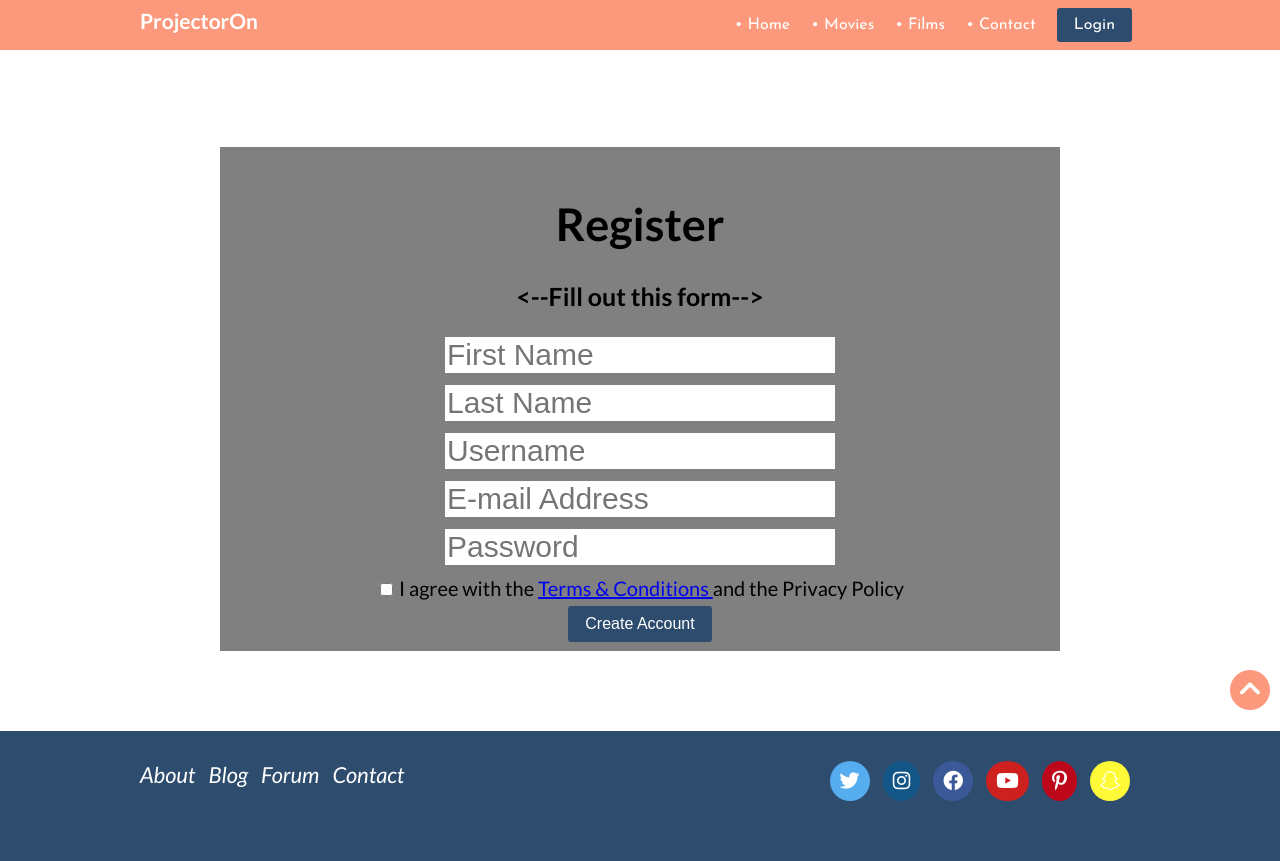
Repository: albayrakfatih/ProjectorOn_WebMovieApp
Page: register.html
These files come from the project's save history. The page is drawn as it stood at one moment and after the next save; the edit follows.
The browser window is 1280 px wide. The pictures show the whole page.
Some web libraries are served in a nearby version.

Above is the page before, as saved 2023-04-30 02:09:26.

### register.html
<!DOCTYPE html>
<html lang="en">
<head>
    <meta charset="UTF-8">
    <meta http-equiv="X-UA-Compatible" content="IE=edge">
    <meta name="viewport" content="width=device-width, initial-scale=1.0">
    <title>Movie App</title>
    <!-- <link rel="stylesheet" href="https://cdnjs.cloudflare.com/ajax/libs/font-awesome/6.3.0/css/all.min.css" integrity="sha512-SzlrxWUlpfuzQ+pcUCosxcglQRNAq/DZjVsC0lE40xsADsfeQoEypE+enwcOiGjk/bSuGGKHEyjSoQ1zVisanQ==" crossorigin="anonymous" referrerpolicy="no-referrer" /> -->
    <!-- <link rel="preconnect" href="https://fonts.googleapis.com">
    <link rel="preconnect" href="https://fonts.gstatic.com" crossorigin>
    <link href="https://fonts.googleapis.com/css2?family=Josefin+Sans:wght@400;700&family=Lato:ital,wght@0,400;0,700;1,400;1,700&display=swap" rel="stylesheet"> -->
    <!-- <link rel="stylesheet" href="css/buttons.css"> -->
    <link rel="stylesheet" href="css/styles.css">


</head>
<body id="body">

    <header class="main-header">
        <div class="container">
            <a href="#" class="main-header__logo">ProjectorOn</a>
            <nav class="main-nav">
                <ul class="main-nav__items">
                    <li class="main-nav__item">
                        <a href="#">Home</a>
                    </li>
                    <li class="main-nav__item">
                        <a href="#">Movies</a>
                    </li>
                    <li class="main-nav__item">
                        <a href="#">Films</a>
                    </li>
                    <li class="main-nav__item">
                        <a href="#">Contact</a>
                    </li>
                    <li class="main-nav__item main-nav__item--login">
                        <a class="btn btn-secondary" href="#">Login</a>
                    </li>
                </ul>
            </nav>
        </div>
    </header>

   <main class="signup-page">
    <div class="container">
        <div class="row">
            <div class="register-card-container">
                <div class="register-card">
                    <h1>Register</h1>
                    <h3> <--Fill out this form--> </h2>
                    <form action="" class="signup-form">
                        <input type="text" id="firstname" placeholder="First Name"><br>
                        <input type="text" id="lastname" placeholder="Last Name"><br>
                        <input type="text" id="username" placeholder="Username"><br>
                        <input type="email" id="email" placeholder="E-mail Address"><br>
                        <input type="password" id="password" placeholder="Password"><br>
                        <input type="checkbox" id="agree-terms">
                        <label for="agree-terms">I agree with the <a href="#">Terms &amp; Conditions </a> and the Privacy Policy </label><br>
                        <button type="submit" class="btn btn-secondary">Create Account</button>
                    </form>
                </div>
            </div>
        </div>
    </div>
   </main>

    <footer>
        <div class="container">
            <div class="row">
                <div class="col-2">
                    <ul id="footer-links">
                        <li><a href="">About</a></li>
                        <li><a href="">Blog</a></li>
                        <li><a href="">Forum</a></li>
                        <li><a href="">Contact</a></li>
                    </ul>
                </div>
                <div class="col-2">
                    <ul id="social-links">
                        <li><a href="" class="fab fa-twitter"></a></li>
                        <li><a href="" class="fab fa-instagram"></a></li>
                        <li><a href="" class="fab fa-facebook"></a></li>
                        <li><a href="" class="fab fa-youtube"></a></li>
                        <li><a href="" class="fab fa-pinterest-p"></a></li>
                        <li><a href="" class="fab fa-snapchat"></a></li>
                    </ul>
                </div>
            </div>
        </div>
    </footer>

    <a href="#body" id="backtotop">
        <i class="fas fa-chevron-circle-up"></i>
    </a>

</body>
</html>

### css/styles.css
@import url("https://cdnjs.cloudflare.com/ajax/libs/font-awesome/6.3.0/css/all.min.css");
@import url('https://fonts.googleapis.com/css2?family=Josefin+Sans:wght@400;700&family=Lato:ital,wght@0,400;0,700;1,400;1,700&display=swap');
@import url("buttons.css");



html {
    scroll-behavior: smooth;
}

*{
    box-sizing: border-box;
}
body{
    margin: 0px;
    font-family: 'Lato', sans-serif;
}
main{
    margin-top: 47px;
}
#showcase{
     background: /*linear-gradient(to bottom, rgba(252, 153, 124,0.1),rgb(250, 81, 30,0.3)),  */
    url('../img/projector1.jpg');
    background-position: center left;
    background-repeat: no-repeat;
    background-size: cover;
    background-attachment: fixed;
    border-top: 3px solid #fff;
    /*border: 4px solid white;*/
    height: 100vh;
    width: 100%;
    color: aliceblue;
    position: relative;
}
#showcase .content {
    position: absolute;
    font-size: 25px;
    margin: 0;
    top: 50%;
    left: 50%;
    transform: translate(-50%,-50%);
    width: 60%;
    background-color: rgba(46,76,109,0.3);
    color: #fff;
    padding: 20px;
    border-radius: 10px;
}


#how-it-works{
    background-color: #fff;
    padding: 10px;
    text-align: center;/*text-align kalıtım yolu ile aktarılabiliyor. bu yüzden tüm how-it-works section öğelerine center dedim.*/
}

.main-header{
    background-color: #FC997C;
    padding: 8px 16px;
    position: fixed;
    top: 0;
    z-index: 1;
    width: 100%;
}
.main-nav{
    display: inline-block;
    width: calc(100% - 121px);
    text-align: right;
    font-family: 'Josefin Sans', sans-serif;
}
.main-nav__items{
    list-style: none;
    margin: 0px;
    padding: 0px;
}
.main-nav__item{
    display: inline-block;
    margin: 0 8px;
}

.main-header__logo{
    color: #fff;
    text-decoration: none;
    font-weight: bold;
    font-size: 21px;
}

.main-nav__item a{
    text-decoration: none;
    color: #fff;
}
.main-nav__item a:hover{
    color:#160140;
}
.main-nav__item a:active{
    color: #fff;
}
.main-nav__item::before{
    content: '\2022';
    color: #fff;
}
.main-nav__item:hover::before{
    color: #160140;
}
.main-nav__item:active::before{
    color: #fff;
}
/* .main-nav__item--login a{
     color:#fff;
    background-color: #160140;
    border: 2px solid #fff;
    padding: 4px 16px;
    border-radius: 6px;
    font-weight: bold;
} */
/* .main-nav__item--login a:hover{
    border-color: #160140;
    color: #160140;
    background-color: #fff;
} */
.main-nav__item--login::before{
    content: none;
}

.row{
    margin-bottom: 30px;
    /* margin-top: 20px; */
}
/* .col-2{
    display: inline-block;
    width: calc(50% - 2px);
    height:350px;
    background-color: tomato;
    vertical-align:top;
}
.col-3{
    display: inline-block;
    width: 30%;
    padding: 16px;
    margin: 8px;
} */
.col-2 {
    float: left;
    width: 50%;
}
.col-3 {
    float: left;
    width: 33.3%;
}
.col-4 {
    float: left;
    width: 25%;
}

.icon-box h3{
    font-size: 25px;
    color: #3e4555;
}
.icon-box i{
    color: #FC997C;
}

.features-left{
    background-image: url("../img/titanic.jpg");
    background-position: center top;
    background-size: cover;
}
.features-right{
    background-color: #edf5f7;
    padding: 40px 20px;
}
.features-right h2{
    font-size: 30px;
}
.features-left,
.features-right {
    height: 350px;
}


.btn-view-features{
    background-color: #FC997C;
    color: #fff;
    padding: 7px 15px;
    border: 1px solid #FC997C;
    text-decoration: none;
    font-size: 14px;
    font-family: 'Josefin Sans', sans-serif;
    border-radius: 3px;
    display: inline-block;
    margin-top: 15px;
}
.btn-view-features:hover{
    color: #FC997C;
    background-color: #fff;
}
.section-title{
    text-align: center;
    margin-bottom: 40px;
    font-weight:700;
    font-size: 30px;
    color: #3e4555;
}
.plan{
    text-align: center;
    padding: 10px;
}

.plan__badge{
    background-color: orange;
    color: red;
    padding: 8px;
    border-radius: 5px;
}

.plan--featured {
    position: relative;
    top: -30px;
}

.recommended_plan{
    color: #ffffff;
    background-color: mediumblue!important;

}

 /* .clearfix{
    content: "";    .clearfix yerine .row sınıfını kullandık
    display: block;
    clear: both;
}  */
.row::after{
    content: "";
    display: block;
    clear: both;
}

.container{
    margin: 0 auto;
    width: 1000px;
}

.inner-plan{
    background-color:#edf5f7;
    padding: 25px 15px;
    border-radius: 5px;
    box-shadow:  0px 5px 15px rgba(0, 0, 0, 0.35);
    transition: box-shadow .8s;
}
.inner-plan:hover{
    box-shadow: 0px 5px 15px rgba(0, 0, 0, 0.7);
}


#backtotop {
    position: fixed;
    bottom: 10px;
    right: 10px;
}
#backtotop i {
    font-size: 40px;
    background-color:transparent;
    color: #fc997C;
    transition: color .6s;
}
#backtotop i:hover {
    color: #fb7850;
}

.counter {
    background: linear-gradient(to bottom, #FC997C 0%, #FC8b69 100%);
    text-align: center;
    padding:50px;
}
.counter h4 {
    margin-top: 0;
    color: #fff;
}
.counter__item{
    font-weight: 700;
    font-size: 25px;
    color: #fff;
}

/*----------movies--------------*/

.card-container {
    padding: 10px;
}
.card {
     /* width: 20vw;  veya 300px;  */
    background-color: #fff;
    box-shadow: rgba(14, 30, 37, 0.12) 0px 2px 4px 0px, rgba(14, 30, 37, 0.32) 0px 2px 16px 0px;
    cursor: pointer;
    border-radius: 5px;
    /* height: 90vh;  */
    position: relative;
    top: 0;
    transition: all .5s;
}
.card:hover {
    top: -10px;
    box-shadow: rgba(14, 30, 37, 0.9) 0px 2px 4px 0px, rgba(14, 30, 37, 0.9) 0px 2px 16px 0px;
}
.card-title {
    text-align: center;
}
.card-image {
    width:100%;
    /*height:45vh;*/
    max-height: 350px;
}
.card-button {
    text-align: center;
}
.card-body {
    padding: 30px;
}

/*-------------- footer --------------*/

footer {
    background-color: #2E4C6D;
    padding: 30px;
    margin-top: 25px;
}

footer a {
    color: #fff;
    font-size: 22px;
    text-decoration: none;
    font-style: italic;
}
footer ul {
    margin: 0;
    padding:0;
}

footer ul li {
    list-style-type: none;
    display: inline-block;
    margin-right: 10px;
}

#social-links {
    text-align: right;
}

.fab {
    padding: 10px;
    font-size: 20px;
    border-radius: 50%;
}
.fab:hover {
    opacity: 0.5;
}

.fa-twitter {
    background-color: #55acee;
    color: #fff;
}
.fa-instagram {
    background-color: #125688;
    color: #fff;
}
.fa-facebook {
    background-color: #3b5998;
    color: #fff;
}
.fa-youtube {
    background-color: #cd201f;
    color: #fff;
}
.fa-pinterest-p {
    background-color: #bd081c;
    color: #fff;
}
.fa-snapchat {
    background-color: #fffa37;
    color: #fff;
}

/*------------- register-card ------------*/

.register-card {
    background-color: grey;
    margin-top: 50px;
    padding:20px;
    height:70vh;
    cursor: pointer;
}
.signup-form {
    text-align: center;
}
.register-card h1 {
    font-size: 45px;
}
.register-card h3 {
    font-size: 25px;
}
.register-card h1,h3 {
    text-align: center;
}
.signup-form input {
    font-size: 30px;
    margin-bottom: 10px;
    background-color: #fff;
    border: 1px solid grey;
}
.signup-form label {
    font-size: 20px;
    margin-bottom: 20px;
}
.register-card-container {
    padding: 50px 80px;
}

### css/buttons.css


.btn {
    text-align: center;
    text-decoration: none;
    display: inline-block;
    padding: 7px 15px;
    font-size: 16px;
    cursor: pointer;
    border: none;
    border-radius: 3px;
    transition-duration: .8s;
}

.btn-primary{
    background-color: #FC997c;
    color: #fff;
    border: 2px solid #FC997c;
}
.btn-primary:hover{
    background-color: #fff;
    color: #FC997c;
    border: 2px solid #FC997c;
}
.btn-outline-primary{
    background-color: #fff;
    color: #FC997c;
    border: 2px solid #FC997c;
}
.btn-outline-primary:hover{
    background-color: #FC997c;
    color: #fff;
    border: 2px solid #FC997c;
}



.btn-secondary{
    background-color: #2E4C6D;
    color: #fff;
    border: 2px solid #2E4C6D;
}
.btn-secondary:hover{
    background-color: #fff;
    color: #2E4C6D;
    border: 2px solid #2E4C6D;
}
.btn-outline-secondary{
    background-color: #fff;
    color: #2E4C6D;
    border: 2px solid #2E4C6D;
}
.btn-outline-secondary:hover{
    background-color: #2E4C6D;
    color: #fff;
    border: 2px solid #2E4C6D;
}

After the next save:
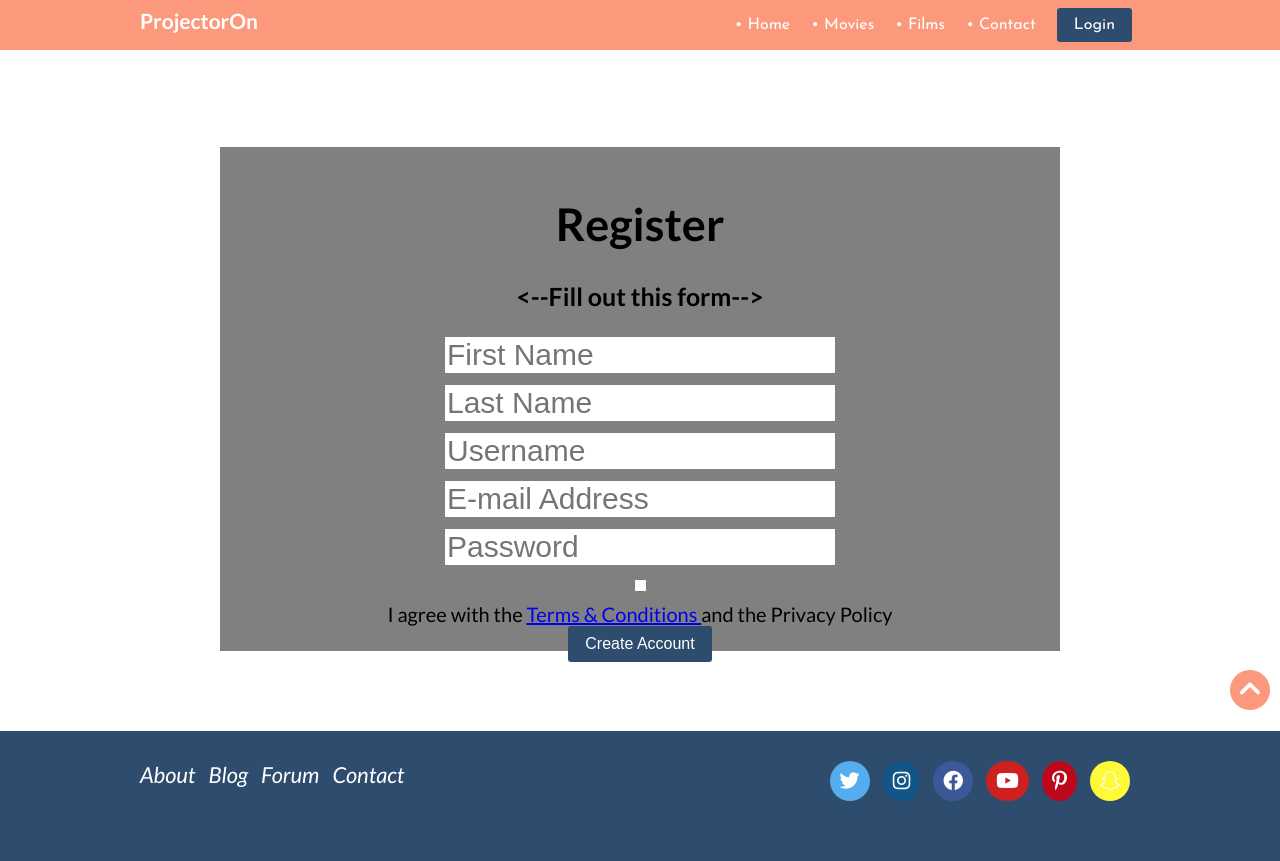
Saved 35 s later.
--- a/register.html
+++ b/register.html
@@ -54,7 +54,7 @@
                         <input type="text" id="username" placeholder="Username"><br>
                         <input type="email" id="email" placeholder="E-mail Address"><br>
                         <input type="password" id="password" placeholder="Password"><br>
-                        <input type="checkbox" id="agree-terms">
+                        <input type="checkbox" id="agree-terms"><br>
                         <label for="agree-terms">I agree with the <a href="#">Terms &amp; Conditions </a> and the Privacy Policy </label><br>
                         <button type="submit" class="btn btn-secondary">Create Account</button>
                     </form>

After the save that followed:
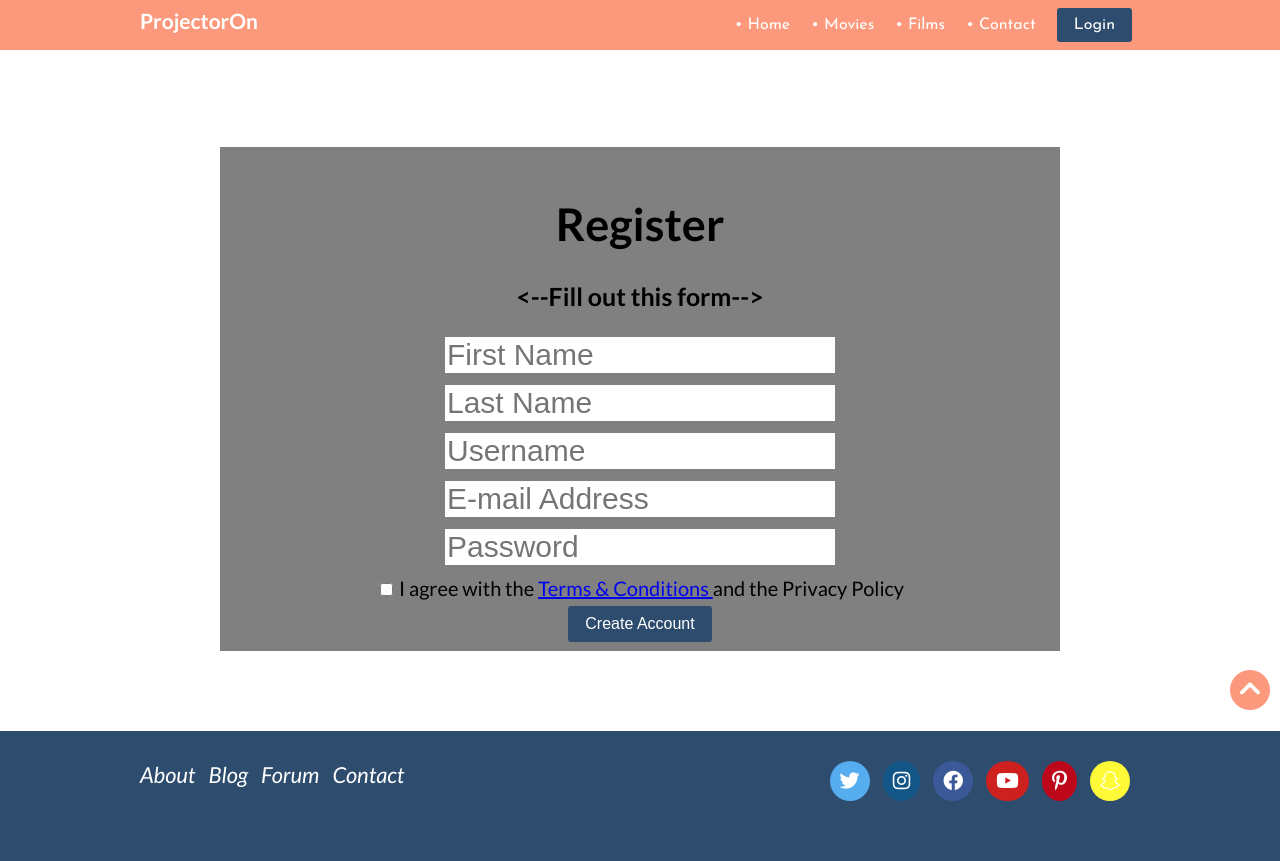
Saved 6 s later.
--- a/register.html
+++ b/register.html
@@ -54,7 +54,7 @@
                         <input type="text" id="username" placeholder="Username"><br>
                         <input type="email" id="email" placeholder="E-mail Address"><br>
                         <input type="password" id="password" placeholder="Password"><br>
-                        <input type="checkbox" id="agree-terms"><br>
+                        <input type="checkbox" id="agree-terms">
                         <label for="agree-terms">I agree with the <a href="#">Terms &amp; Conditions </a> and the Privacy Policy </label><br>
                         <button type="submit" class="btn btn-secondary">Create Account</button>
                     </form>
